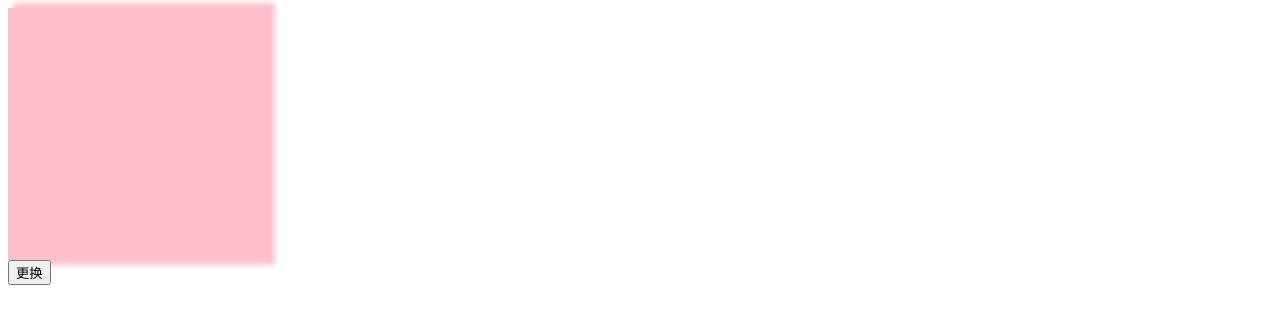
Repository: Bluesouls/eliauk.github.io
Page: Ajax学习笔记/day01/code/index.html
These files come from the project's save history. The page is drawn as it stood at one moment and after the next save; the edit follows.
The browser window is 1280 px wide. The pictures show the whole page.

Above is the page before, as saved 2022-04-24 16:08:53.

After the next save:
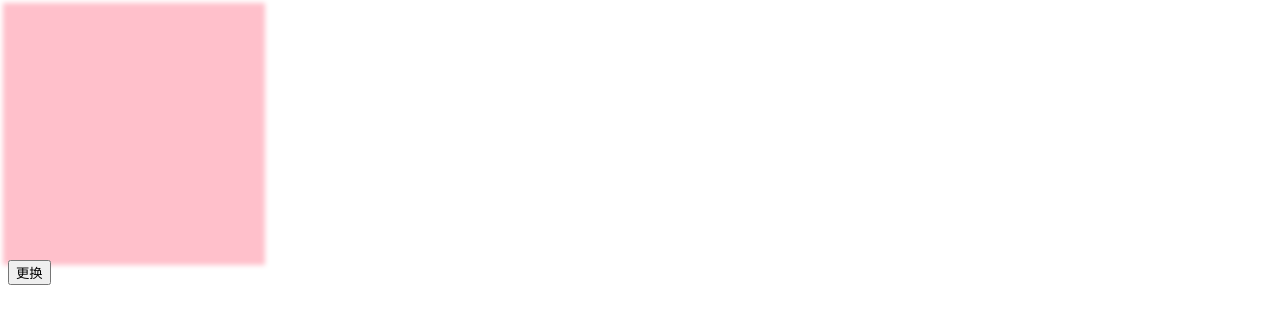
Saved 6 s later.
--- a/Ajax学习笔记/day01/code/index.html
+++ b/Ajax学习笔记/day01/code/index.html
@@ -12,7 +12,7 @@
       height: 250px;
       border: 1px solid pink;
       background: pink;
-      box-shadow: 10px 0 5px 5px pink;
+      box-shadow: 0px 0 5px 5px pink;
       color: white;
     }
     .content{
